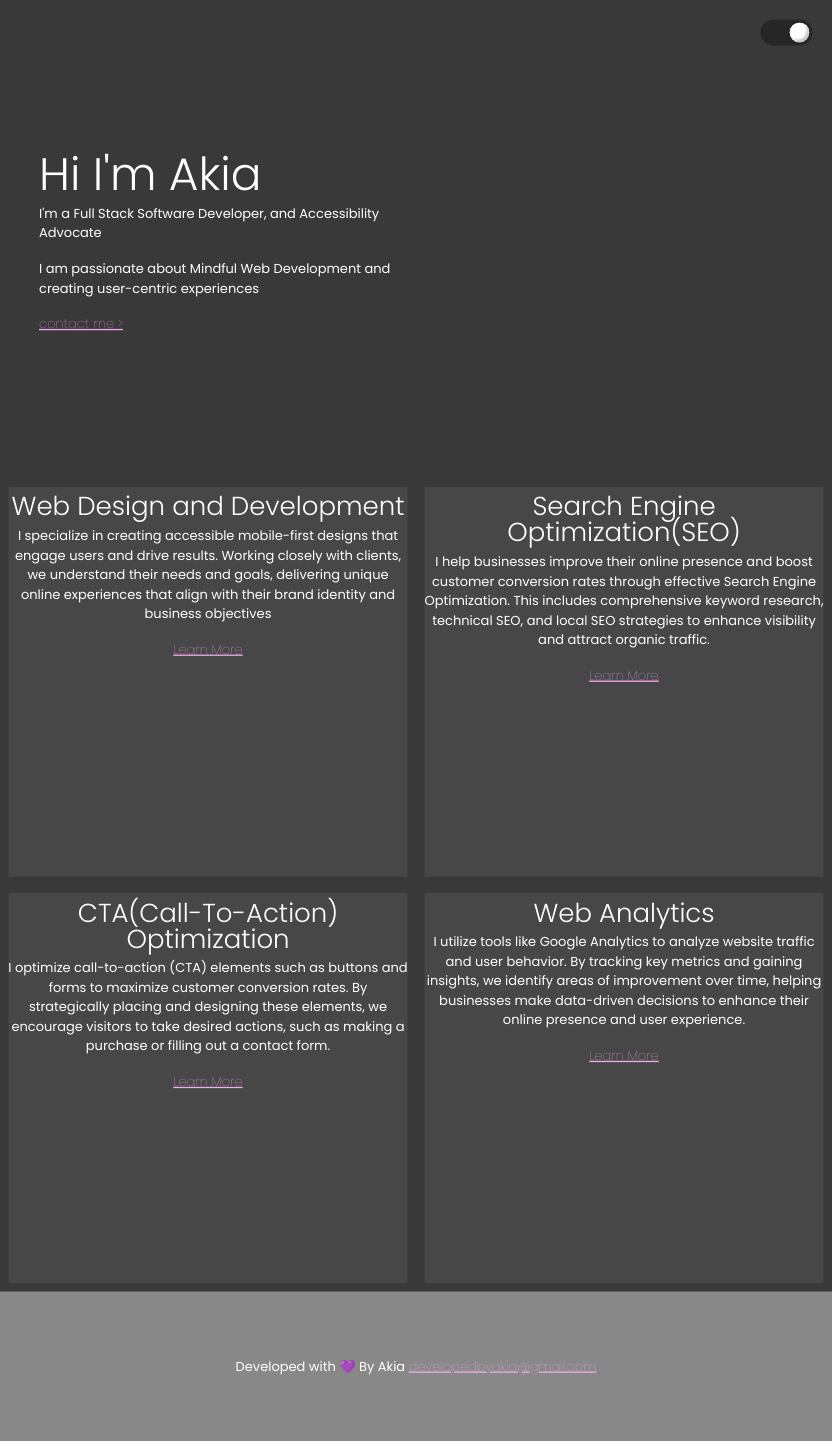
Repository: akiachenise/akiachenise.github.io
Page: index.html
The author's editor kept a copy of each file at every save. The page is drawn from the files as they stood at one save, then again after the next save.
The browser window is 1280 px wide. The pictures show the whole page, at 65% of full size.
After loading, the first visible `div.switch` was clicked once.

Above is the page before, as saved 2023-06-09 08:00:05.

After the next save:
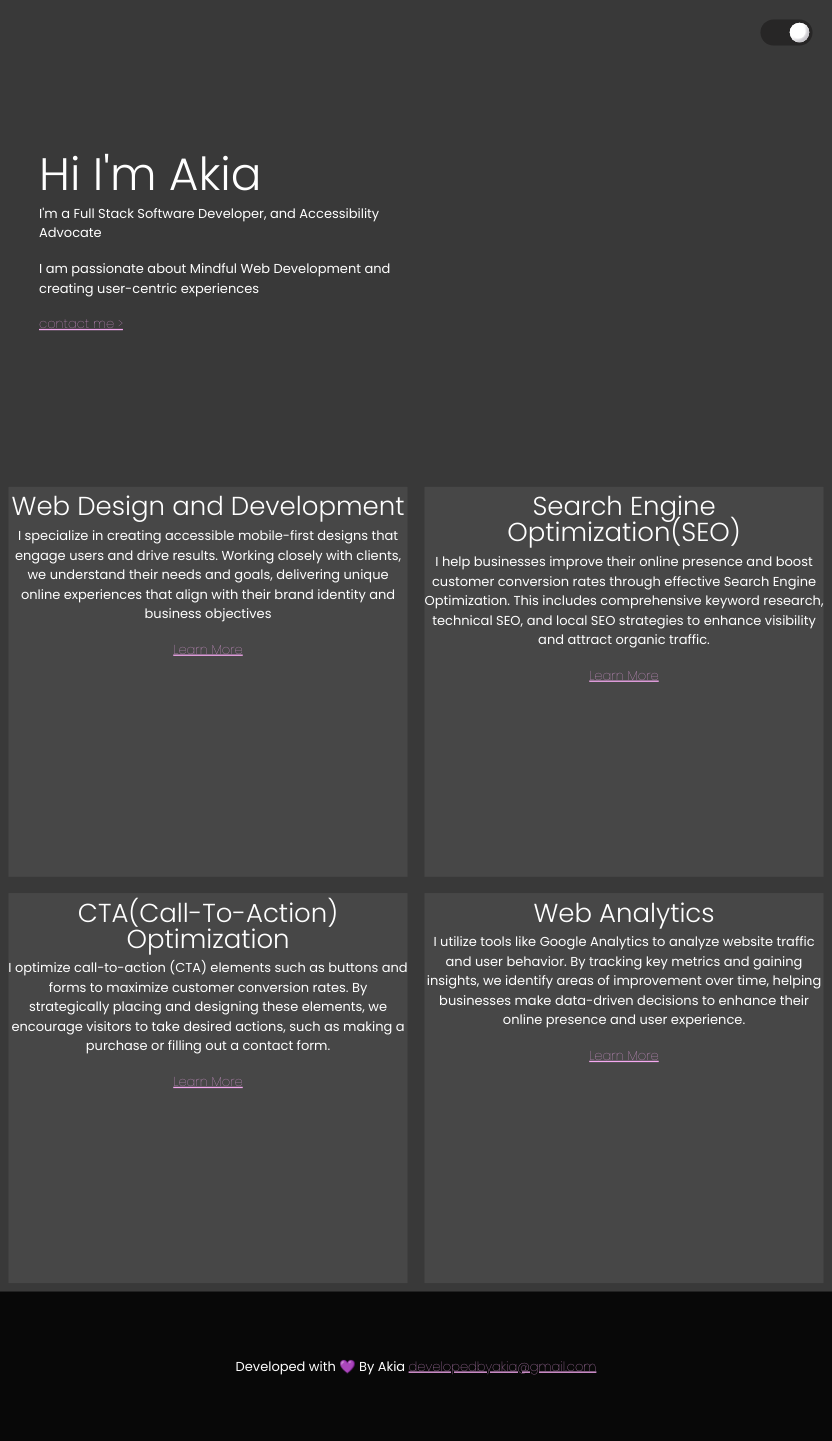
Saved 8 min 9 s later.
--- a/css/styles.css
+++ b/css/styles.css
@@ -261,7 +261,7 @@ footer {
 }
 
 .dark footer {
-    background-color: (28, 28, 28);
+    background-color: rgb(8, 8, 8);
 }
 
 
